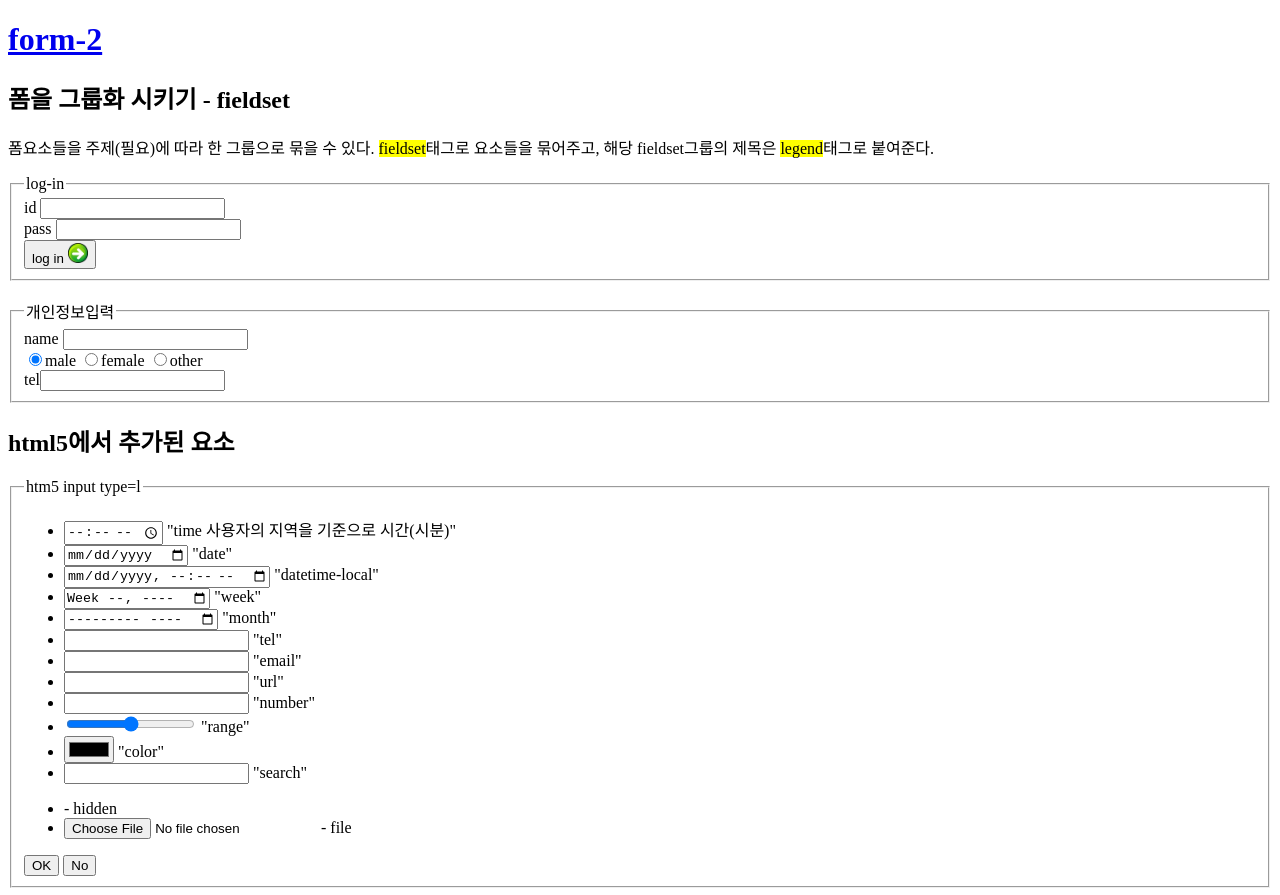
Repository: ReadStar/Web
Page: Html/html5/WebContent/form-2.html
These files come from the project's save history. The page is drawn as it stood at one moment and after the next save; the edit follows.
The browser window is 1280 px wide. The pictures show the whole page.

Above is the page before, as saved 2020-08-13 07:21:11.

### Html/html5/WebContent/form-2.html
<!DOCTYPE html>
<html>
<head>
<meta charset="UTF-8">
<title>Insert title here</title>
</head>
<body>
<h1><a href="form-1.html">form-2</a></h1>
<h2>폼을 그룹화 시키기 - fieldset</h2>
<p>
폼요소들을 주제(필요)에 따라 한 그룹으로 묶을 수 있다.
<mark>fieldset</mark>태그로 요소들을 묶어주고,
해당 fieldset그룹의 제목은 <mark>legend</mark>태그로 붙여준다.
</p>
<form action="test,jsp" method="post">
<fieldset>
	<legend>log-in</legend>
	<label>id <input type="text" maxlength="12"></label><br>
	<label>pass <input type="text" maxlength="12"></label><br>
	<button>log in <img alt="alt" src="img.gif" width="20"></button>
</fieldset>
</form>
<br>
<form>
<fieldset>
<legend>개인정보입력</legend>
<label>name <input type="text"></label><br>
<label><input type="radio" name="gender" checked="checked">male</label>
<label><input type="radio" name="gender">female</label>
<label><input type="radio" name="gender">other</label><br>
<label>tel<input type="tel"></label>
</fieldset>


<h2>html5에서 추가된 요소</h2>
<fieldset>
<legend>htm5 input type=l</legend>
<ul>
<li><input type="time"> "time 사용자의 지역을 기준으로 시간(시분)" </li>
<li><input type="date"> "date" </li>
<li><input type="datetime-local"> "datetime-local" </li>
<li><input type="week"> "week" </li>
<li><input type="month"> "month" </li>
<li><input type="tel"> "tel" </li>
<li><input type="email"> "email" </li>
<li><input type="url"> "url" </li>
<li><input type="number"> "number" </li>
<li><input type="range"> "range" </li>
<li><input type="color"> "color" </li>
<li><input type="search"> "search" </li>
</ul>
<ul>
<li><input type="hidden"> - hidden</li>
<li><input type="file"> - file</li>
</ul>
<input type="submit" value="OK"> <input type="reset" value = "No">
</fieldset>

</form>
</body>
</html>

After the next save:
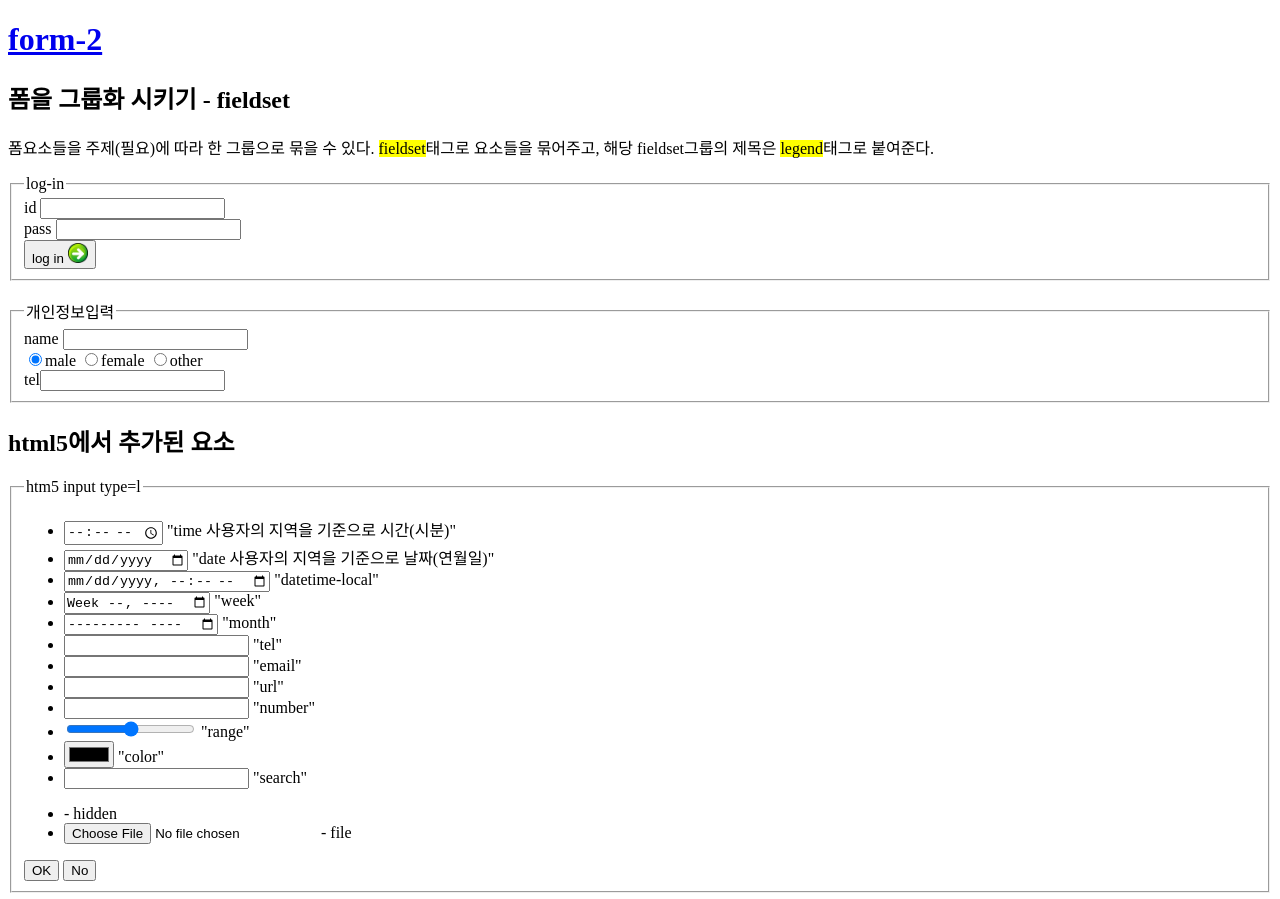
Saved 37 s later.
--- a/Html/html5/WebContent/form-2.html
+++ b/Html/html5/WebContent/form-2.html
@@ -37,7 +37,7 @@
 <legend>htm5 input type=l</legend>
 <ul>
 <li><input type="time"> "time 사용자의 지역을 기준으로 시간(시분)" </li>
-<li><input type="date"> "date" </li>
+<li><input type="date"> "date 사용자의 지역을 기준으로 날짜(연월일)" </li>
 <li><input type="datetime-local"> "datetime-local" </li>
 <li><input type="week"> "week" </li>
 <li><input type="month"> "month" </li>
